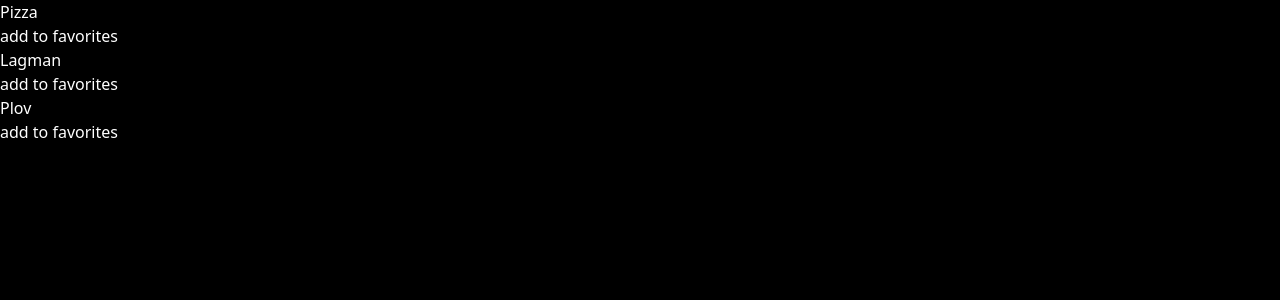
Repository: Nurlan-Bakenbaev/redux-tools
Page: /
These files come from the project's save history. The page is drawn as it stood at one moment and after a run of saves; the edit follows.
The browser window is 1280 px wide. The pictures show the whole page.
The project was rebuilt for these pictures with package versions that can differ from the ones it lists, and the page was loaded fresh each time. Also part of the build but not shown: vite.config.js.

Above is the page before, as saved 2023-10-22 22:12:33.

### src/App.jsx
import RicipeItem from "./RicipeItem";

function App() {
  return (
    <>
      <div>
        <RicipeItem recipe={{ id: 1, name: "Pizza" }} />
        <RicipeItem recipe={{ id: 2, name: "Lagman" }} />
        <RicipeItem recipe={{ id: 3, name: "Plov" }} />
      </div>
    </>
  );
}

export default App;

### src/index.css
@tailwind base;
@tailwind components;
@tailwind utilities;

body {
  background: black;
  color: white;
}

### src/store/store.js
import { configureStore } from "@reduxjs/toolkit"
import {reducer} from "../features/favoritesSlice"


 export const store = configureStore({
  reducer: {reducer},

});

### src/RicipeItem.jsx
import React from 'react';

const RicipeItem = ( {recipe }) => {
  return (
    <div>
      <div>{recipe.name}</div>
      <button> add to favorites</button>
    </div>
  );
};

export default RicipeItem;

### src/features/favoritesSlice.js
import { createSlice } from "@reduxjs/toolkit";


const initialState = [];
export const favoritesSlice = createSlice({
  name: "favorites",
  initialState,
  reducers: {
    toggleFavorites: (state, { payload: recipe }) => {
      const isExits = state.some((r) => r.id === recipe.id);
      if (isExits) {
        state = state.filter((r) => r.id !== recipe.id);
      }
      state.push(recipe);
    },
  },
});
export const {action,reducer} = favoritesSlice

Loaded but not shown: index.html (common file); src/main.jsx (common file); tailwind.config.js (common file)

After the next 2 saves:
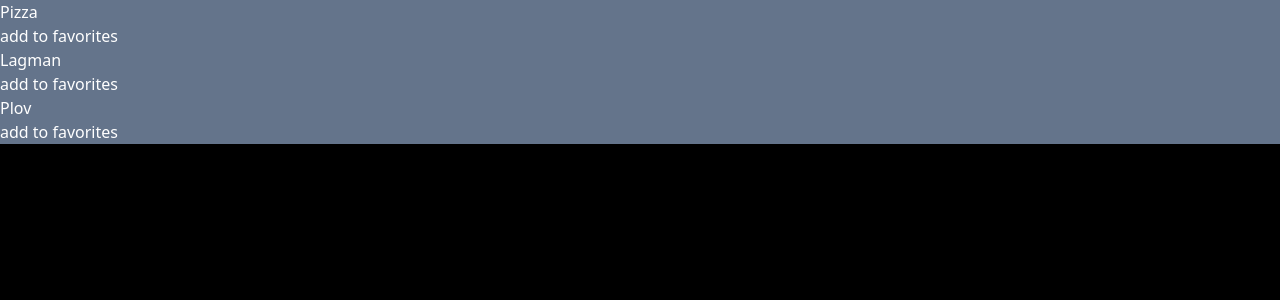
The 2 saves are shown as one change because they came seconds apart.
The last was saved 25 s later.
--- a/src/RicipeItem.jsx
+++ b/src/RicipeItem.jsx
@@ -2,7 +2,7 @@ import React from 'react';
 
 const RicipeItem = ( {recipe }) => {
   return (
-    <div>
+    <div className='bg-slate-500'>
       <div>{recipe.name}</div>
       <button> add to favorites</button>
     </div>
